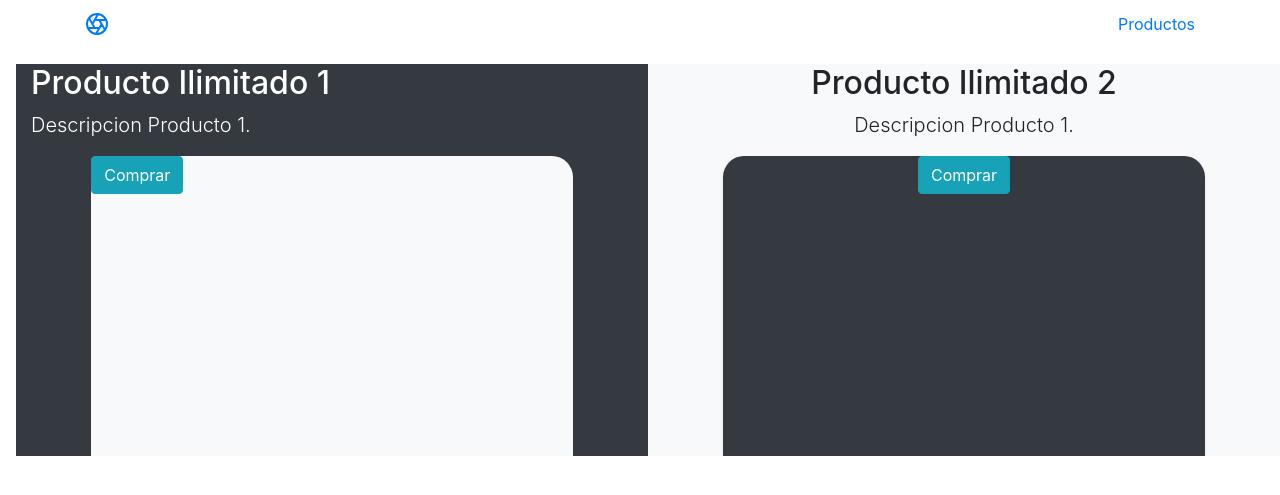
Repository: mapp1990/pasarela
Page: http://localhost/producto
The author's editor kept a copy of each file at every save. The page is drawn from the files as they stood at one save, then again after the next save.
The browser window is 1280 px wide. The pictures show the whole page.
The page is served by the project's Laravel application, run on PHP 8.4 with Laravel 9.

Above is the page before, as saved 2022-05-27 17:37:43.

After the next save:
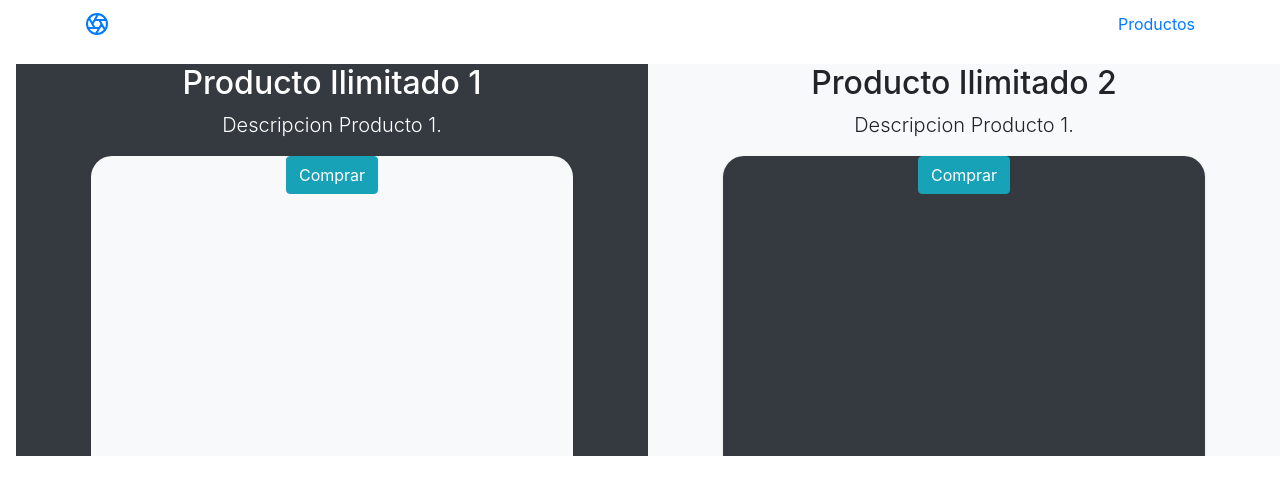
Saved 63 s later.
--- a/resources/views/productos.blade.php
+++ b/resources/views/productos.blade.php
@@ -18,7 +18,7 @@
 
     <div class="d-md-flex flex-md-equal w-100 my-md-3 pl-md-3">
 
-        <div class="bg-dark col-6 text-white overflow-hidden">
+        <div class="bg-dark col-6 text-center text-white overflow-hidden">
             <div class="my-6 py-6">
                 <h2 class="display-5">Producto Ilimitado 1</h2>
                 <p class="lead">Descripcion Producto 1.</p>
